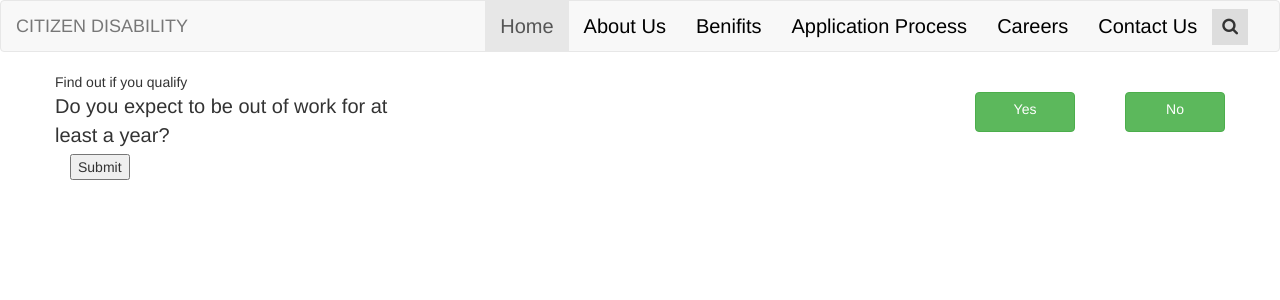
Repository: welcome0605/Embed-html-integrate-with-API
Page: Home.html
An editor plug-in stored every save of this project. The page is shown before and after the next save, followed by the edit.
The browser window is 1280 px wide. The pictures show the whole page.

Above is the page before, as saved 2019-04-27 15:15:32.

After the next save:
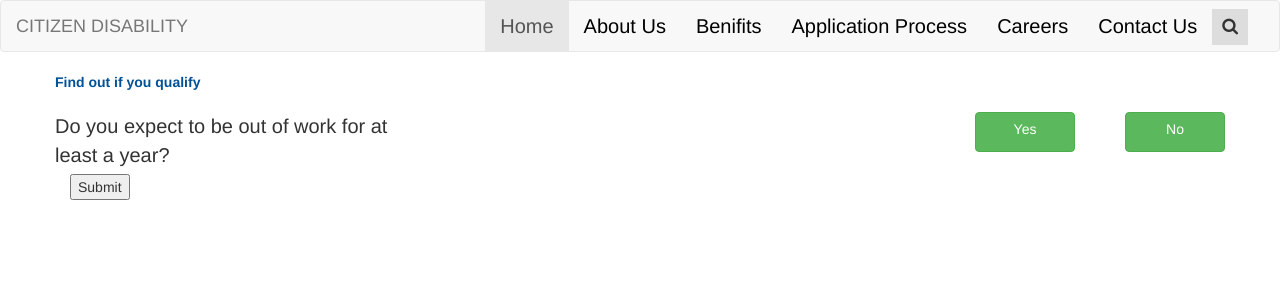
Saved 33 s later.
--- a/css/base.css
+++ b/css/base.css
@@ -52,3 +52,9 @@ navbar-default .navbar-nav>.active>a, .navbar-default .navbar-nav>.active>a:focu
 .radio_q:active {
     background-color: #005197;
 }
+
+.title {
+    color: #005197;
+    font-weight: 700;
+    margin-bottom: 20px;
+}
